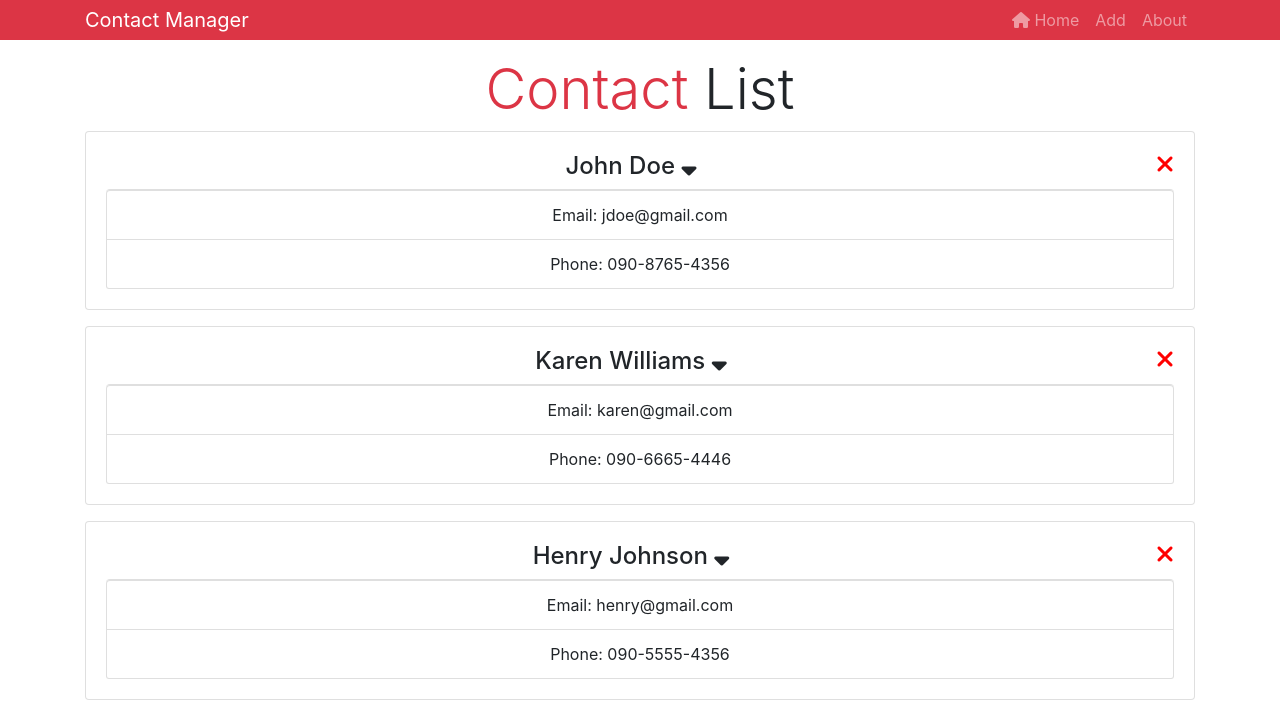
Repository: IkennaU/contactmanager
Page: /
The author's editor kept a copy of each file at every save. The page is drawn from the files as they stood at one save, then again after the next save.
The browser window is 1280 px wide. The pictures show the whole page.
Some web libraries are served in a nearby version. The project was rebuilt for these pictures with package versions that can differ from the ones it lists, and the page was loaded fresh each time. Also part of the build but not shown: src/components/layout/TextInputGroup.js, src/components/contacts/AddContact.js, src/components/pages/About.js.

Above is the page before, as saved 2020-07-23 00:14:40.

### public/index.html
<!DOCTYPE html>
<html lang="en">
  <head>
    <meta charset="utf-8" />
    <link rel="icon" href="%PUBLIC_URL%/favicon.ico" />
    <meta name="viewport" content="width=device-width, initial-scale=1" />
    <meta name="theme-color" content="#000000" />
    <meta
      name="description"
      content="Web site created using create-react-app"
    />
    <link rel="apple-touch-icon" href="%PUBLIC_URL%/logo192.png" />
    <!--
      manifest.json provides metadata used when your web app is installed on a
      user's mobile device or desktop. See https://developers.google.com/web/fundamentals/web-app-manifest/
    -->
    <link rel="manifest" href="%PUBLIC_URL%/manifest.json" />
    <!--
      Notice the use of %PUBLIC_URL% in the tags above.
      It will be replaced with the URL of the `public` folder during the build.
      Only files inside the `public` folder can be referenced from the HTML.

      Unlike "/favicon.ico" or "favicon.ico", "%PUBLIC_URL%/favicon.ico" will
      work correctly both with client-side routing and a non-root public URL.
      Learn how to configure a non-root public URL by running `npm run build`.
    -->
    <title>Contact Manager</title>
  </head>
  <body>
    <noscript>You need to enable JavaScript to run this app.</noscript>
    <div id="root"></div>
    <!--
      This HTML file is a template.
      If you open it directly in the browser, you will see an empty page.

      You can add webfonts, meta tags, or analytics to this file.
      The build step will place the bundled scripts into the <body> tag.

      To begin the development, run `npm start` or `yarn start`.
      To create a production bundle, use `npm run build` or `yarn build`.
    -->
  </body>
  <script src="https://kit.fontawesome.com/98795c63b9.js"></script>
</html>

### src/App.js
import React from "react";
import { BrowserRouter as Router, Route, Switch } from "react-router-dom";
import Contacts from "./components/contacts/Contacts";
import Header from "./components/layout/Header";
import AddContact from "./components/contacts/AddContact";
import About from "./components/pages/About";
import "bootstrap/dist/css/bootstrap.min.css";
import { Provider } from "./context";

import "./App.css";

function App() {
  return (
    <Provider>
      <Router>
        <div className="App">
          <Header branding="Contact Manager" />
          <div className="container">
            <Switch>
              <Route exact path="/" component={Contacts} />
              <Route exact path="/contact/add" component={AddContact} />
              <Route exact path="/about" component={About} />
            </Switch>
          </div>
        </div>
      </Router>
    </Provider>
  );
}

export default App;

### src/components/contacts/Contacts.js
import React, { Component } from "react";
import PropTypes from "prop-types";
import Contact from "../contacts/Contact";
import { Consumer } from "../../context";

class Contacts extends Component {
  static propTypes = {};

  render() {
    return (
      <Consumer>
        {(value) => {
          return (
            <div>
              <h1 className="display-4 mb-2">
                <span className="text-danger">Contact</span> List
              </h1>
              {value.contacts.map((contact) => (
                <Contact key={contact.id} contact={contact} />
              ))}{" "}
            </div>
          );
        }}
      </Consumer>
    );
  }
}

export default Contacts;

### src/components/layout/Header.js
import React from "react";
import { Link } from "react-router-dom";
import PropTypes from "prop-types";

function Header(props) {
  return (
    <nav className="navbar navbar-expand-sm navbar-dark bg-danger mb-3 py-0">
      <div className="container">
        <a href="/" className="navbar-brand">
          {props.branding}
        </a>
        <div>
          <ul className="navbar-nav mr-auto">
            <li className="nav-item">
              <Link to="/" className="nav-link">
                <i className="fas fa-home"></i> Home
              </Link>
            </li>
            <li className="nav-item">
              <Link to="/contact/add" className="nav-link">
                Add
              </Link>
            </li>
            <li className="nav-item">
              <Link to="/about" className="nav-link">
                About
              </Link>
            </li>
          </ul>
        </div>
      </div>
    </nav>
  );
}
Header.propTypes = { branding: PropTypes.string.isRequired };

export default Header;

### src/context.js
import React, { Component } from "react";

const Context = React.createContext();
const reducer = (state, action) => {
  switch (action.type) {
    case "DELETE_CONTACT":
      return {
        ...state,
        contacts: state.contacts.filter(
          (contact) => contact.id !== action.payload
        ),
      };
    case "ADD_CONTACT":
      return {
        ...state,
        contacts: [action.payload, ...state.contacts],
      };
    default:
      return state;
  }
};

export class Provider extends Component {
  state = {
    contacts: [
      {
        id: 1,
        name: "John Doe",
        email: "jdoe@gmail.com",
        phone: "090-8765-4356",
      },
      {
        id: 2,
        name: "Karen Williams",
        email: "karen@gmail.com",
        phone: "090-6665-4446",
      },
      {
        id: 3,
        name: "Henry Johnson",
        email: "henry@gmail.com",
        phone: "090-5555-4356",
      },
    ],
    dispatch: (action) => {
      this.setState((state) => reducer(state, action));
    },
  };
  render() {
    return (
      <Context.Provider value={this.state}>
        {this.props.children}
      </Context.Provider>
    );
  }
}
export const Consumer = Context.Consumer;

### src/components/contacts/Contact.js
import React, { Component } from "react";
import PropTypes from "prop-types";
import { Consumer } from "../../context";

class Contact extends Component {
  static propTypes = {
    contact: PropTypes.object.isRequired,
  };
  state = {
    showContactInfo: true,
  };
  onShowClick = (e) => {
    this.setState({ showContactInfo: !this.state.showContactInfo });
  };
  onDeleteClick = (id, dispatch) => {
    dispatch({ type: "DELETE_CONTACT", payload: id });
  };

  render() {
    return (
      <Consumer>
        {(value) => {
          return (
            <div className="card card-body mb-3">
              <h4>
                {this.props.contact.name}{" "}
                <i
                  onClick={this.onShowClick}
                  className="fas fa-sort-down"
                  style={{ cursor: "pointer" }}
                />
                <i
                  className="fas fa-times"
                  style={{ cursor: "pointer", float: "right", color: "red" }}
                  onClick={this.onDeleteClick.bind(
                    this,
                    this.props.contact.id,
                    value.dispatch
                  )}
                ></i>
              </h4>
              {this.state.showContactInfo ? (
                <ul className="list-group">
                  <li className="list-group-item">
                    Email: {this.props.contact.email}
                  </li>
                  <li className="list-group-item">
                    Phone: {this.props.contact.phone}
                  </li>
                </ul>
              ) : null}
            </div>
          );
        }}
      </Consumer>
    );
  }
}

export default Contact;

Loaded but not shown: src/index.js (common file); src/serviceWorker.js (common file); src/App.css (common file)

After the next save:
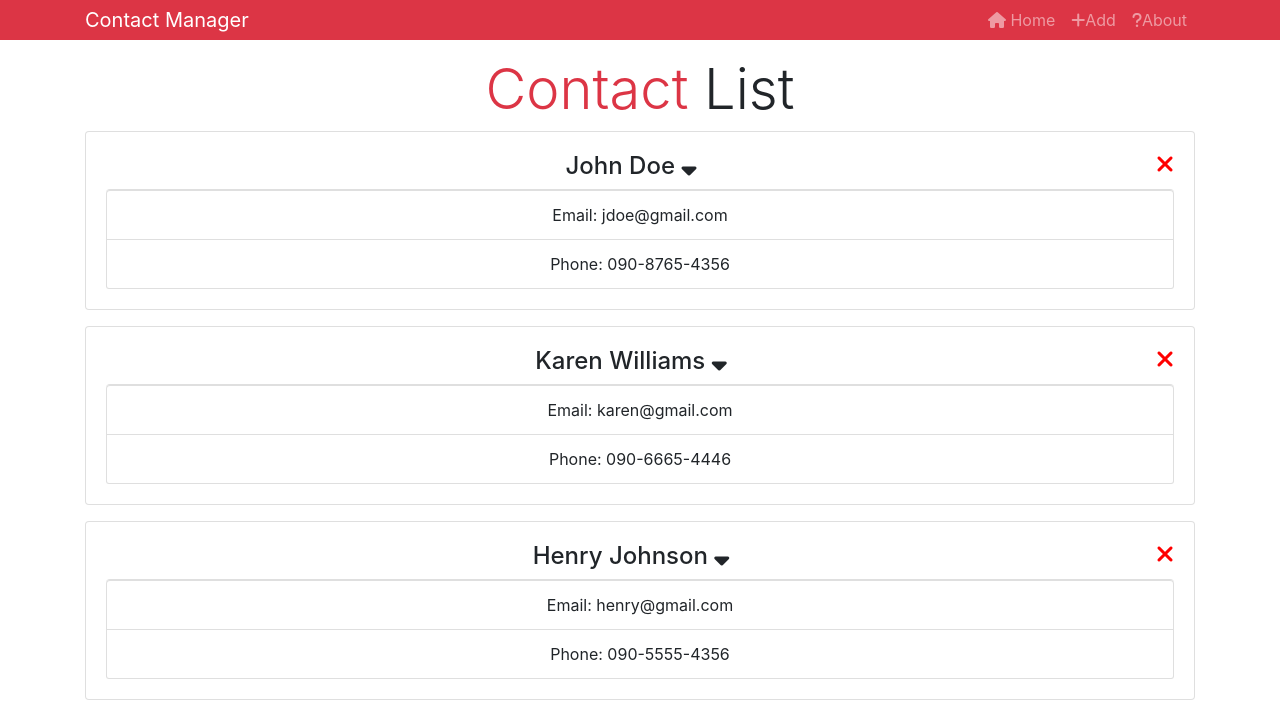
Saved 41 s later.
--- a/src/components/layout/Header.js
+++ b/src/components/layout/Header.js
@@ -18,12 +18,12 @@ function Header(props) {
             </li>
             <li className="nav-item">
               <Link to="/contact/add" className="nav-link">
-                Add
+                <i className="fas fa-plus"></i>Add
               </Link>
             </li>
             <li className="nav-item">
               <Link to="/about" className="nav-link">
-                About
+                <i className="fas fa-question"></i>About
               </Link>
             </li>
           </ul>
